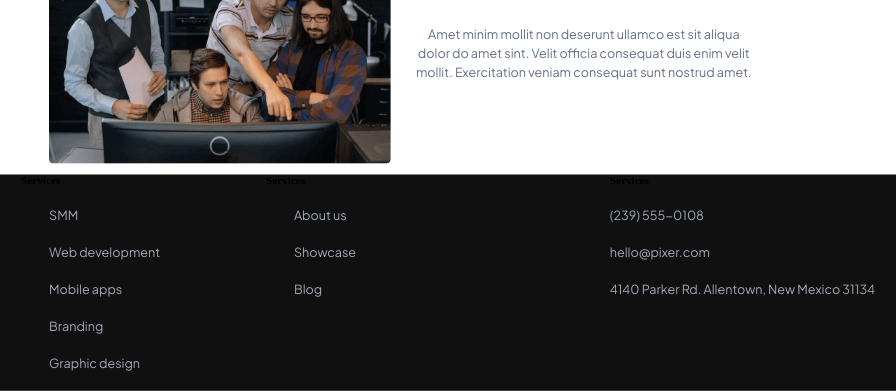
Repository: UlugbekAbdurasulov/pixar
Page: index.html
The author's editor kept a copy of each file at every save. The page is drawn from the files as they stood at one save, then again after a run of saves.
The browser window is 1280 px wide. The pictures show the part of the page from y = 1865 to 3785 px (the page is 2424 px tall before and 4003 px after), at 70% of full size.

Above is the page before, as saved 2023-06-05 04:24:25.

After the next 2 saves:
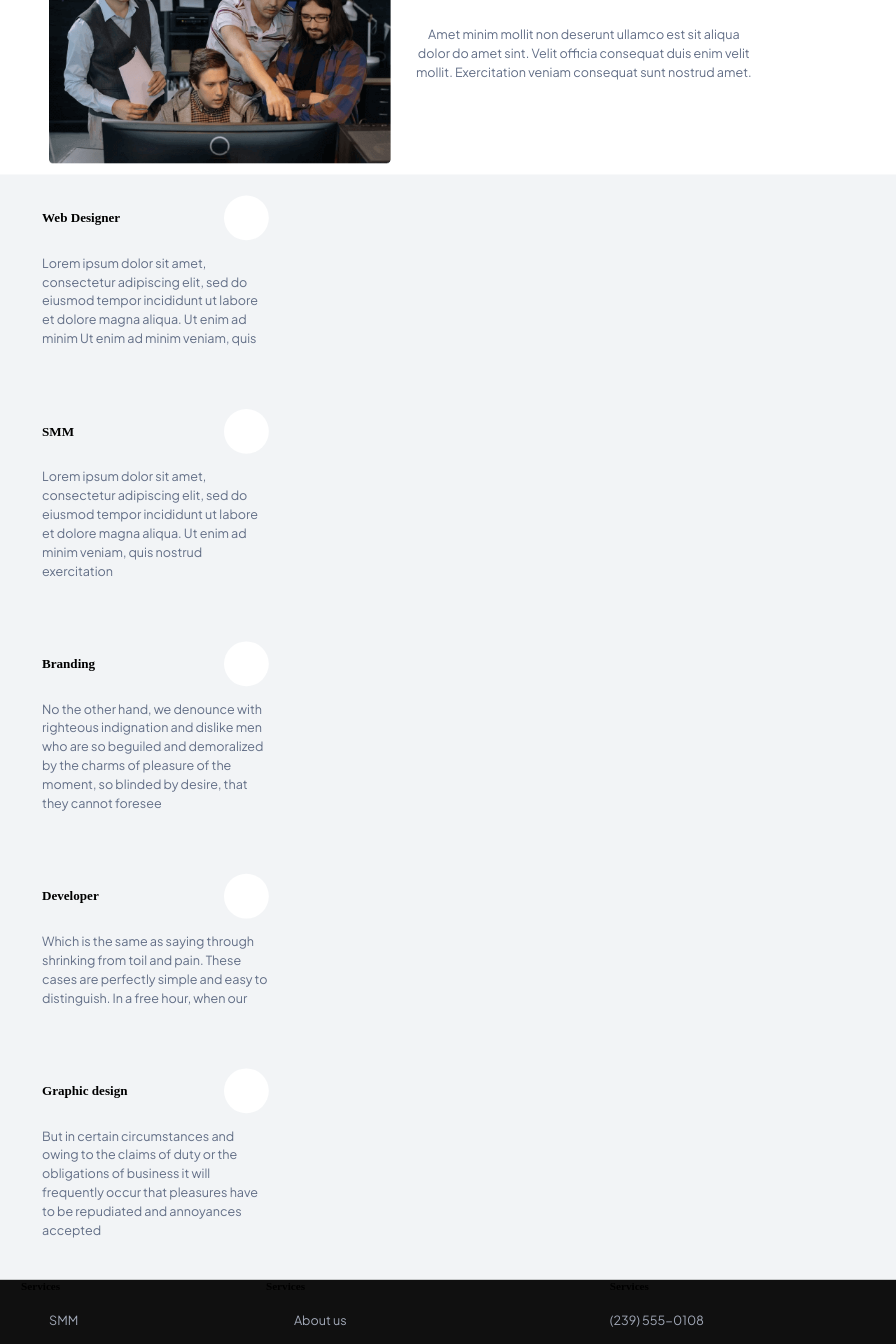
The 2 saves are shown as one change because they came seconds apart.
The last was saved 11 s later.
--- a/index.html
+++ b/index.html
@@ -86,6 +86,20 @@
     </div>
   </section>
 
+
+  <section class="service">
+    <div class="container">
+      <ul class="service-list">
+        <li class="service-item"> <div class="service-title-wrapper"> <h3 >Web Designer</h3> <div class="service-item-img-wrapper"><img src="" alt=""></div></div> <p class="service-item-desc">Lorem ipsum dolor sit amet, consectetur adipiscing elit, sed do eiusmod tempor incididunt ut labore et dolore magna aliqua. Ut enim ad minim Ut enim ad minim veniam, quis </p> <a class="service-item-link" href="#"></a></li>
+        <li class="service-item"> <div class="service-title-wrapper"> <h3>SMM</h3> <div class="service-item-img-wrapper"><img src="" alt=""></div></div> <p class="service-item-desc">Lorem ipsum dolor sit amet, consectetur adipiscing elit, sed do eiusmod tempor incididunt ut labore et dolore magna aliqua. Ut enim ad minim veniam, quis nostrud exercitation  </p> <a class="service-item-link" href="#"></a></li>
+        <li class="service-item"> <div class="service-title-wrapper"> <h3>Branding</h3> <div class="service-item-img-wrapper"><img src="" alt=""></div></div> <p class="service-item-desc">No the other hand, we denounce with righteous indignation and dislike men who are so beguiled and demoralized by the charms of pleasure of the moment, so blinded by desire, that they cannot foresee </p> <a class="service-item-link" href="#"></a></li>
+        <li class="service-item"> <div class="service-title-wrapper"> <h3>Developer</h3> <div class="service-item-img-wrapper"><img src="" alt=""></div></div> <p class="service-item-desc">Which is the same as saying through shrinking from toil and pain. These cases are perfectly simple and easy to distinguish. In a free hour, when our </p> <a class="service-item-link" href="#"></a></li>
+        <li class="service-item"> <div class="service-title-wrapper"> <h3>Graphic design</h3> <div class="service-item-img-wrapper"><img src="" alt=""></div></div> <p class="service-item-desc">But in certain circumstances and owing to the claims of duty or the obligations of business it will frequently occur that pleasures have to be repudiated and annoyances accepted</p> <a class="service-item-link" href="#"></a></li>
+      </ul>
+    </div>
+  </section>
+
+
   <footer class="sayt-footer">
 
 

After the save that followed:
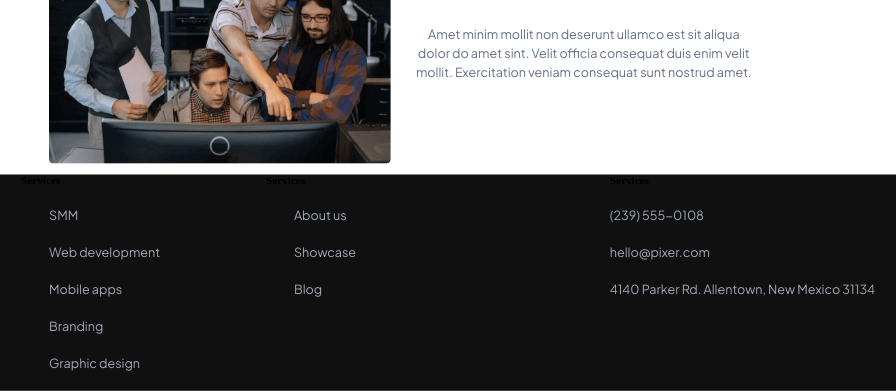
Saved 11 s later.
--- a/index.html
+++ b/index.html
@@ -87,17 +87,6 @@
   </section>
 
 
-  <section class="service">
-    <div class="container">
-      <ul class="service-list">
-        <li class="service-item"> <div class="service-title-wrapper"> <h3 >Web Designer</h3> <div class="service-item-img-wrapper"><img src="" alt=""></div></div> <p class="service-item-desc">Lorem ipsum dolor sit amet, consectetur adipiscing elit, sed do eiusmod tempor incididunt ut labore et dolore magna aliqua. Ut enim ad minim Ut enim ad minim veniam, quis </p> <a class="service-item-link" href="#"></a></li>
-        <li class="service-item"> <div class="service-title-wrapper"> <h3>SMM</h3> <div class="service-item-img-wrapper"><img src="" alt=""></div></div> <p class="service-item-desc">Lorem ipsum dolor sit amet, consectetur adipiscing elit, sed do eiusmod tempor incididunt ut labore et dolore magna aliqua. Ut enim ad minim veniam, quis nostrud exercitation  </p> <a class="service-item-link" href="#"></a></li>
-        <li class="service-item"> <div class="service-title-wrapper"> <h3>Branding</h3> <div class="service-item-img-wrapper"><img src="" alt=""></div></div> <p class="service-item-desc">No the other hand, we denounce with righteous indignation and dislike men who are so beguiled and demoralized by the charms of pleasure of the moment, so blinded by desire, that they cannot foresee </p> <a class="service-item-link" href="#"></a></li>
-        <li class="service-item"> <div class="service-title-wrapper"> <h3>Developer</h3> <div class="service-item-img-wrapper"><img src="" alt=""></div></div> <p class="service-item-desc">Which is the same as saying through shrinking from toil and pain. These cases are perfectly simple and easy to distinguish. In a free hour, when our </p> <a class="service-item-link" href="#"></a></li>
-        <li class="service-item"> <div class="service-title-wrapper"> <h3>Graphic design</h3> <div class="service-item-img-wrapper"><img src="" alt=""></div></div> <p class="service-item-desc">But in certain circumstances and owing to the claims of duty or the obligations of business it will frequently occur that pleasures have to be repudiated and annoyances accepted</p> <a class="service-item-link" href="#"></a></li>
-      </ul>
-    </div>
-  </section>
 
 
   <footer class="sayt-footer">
